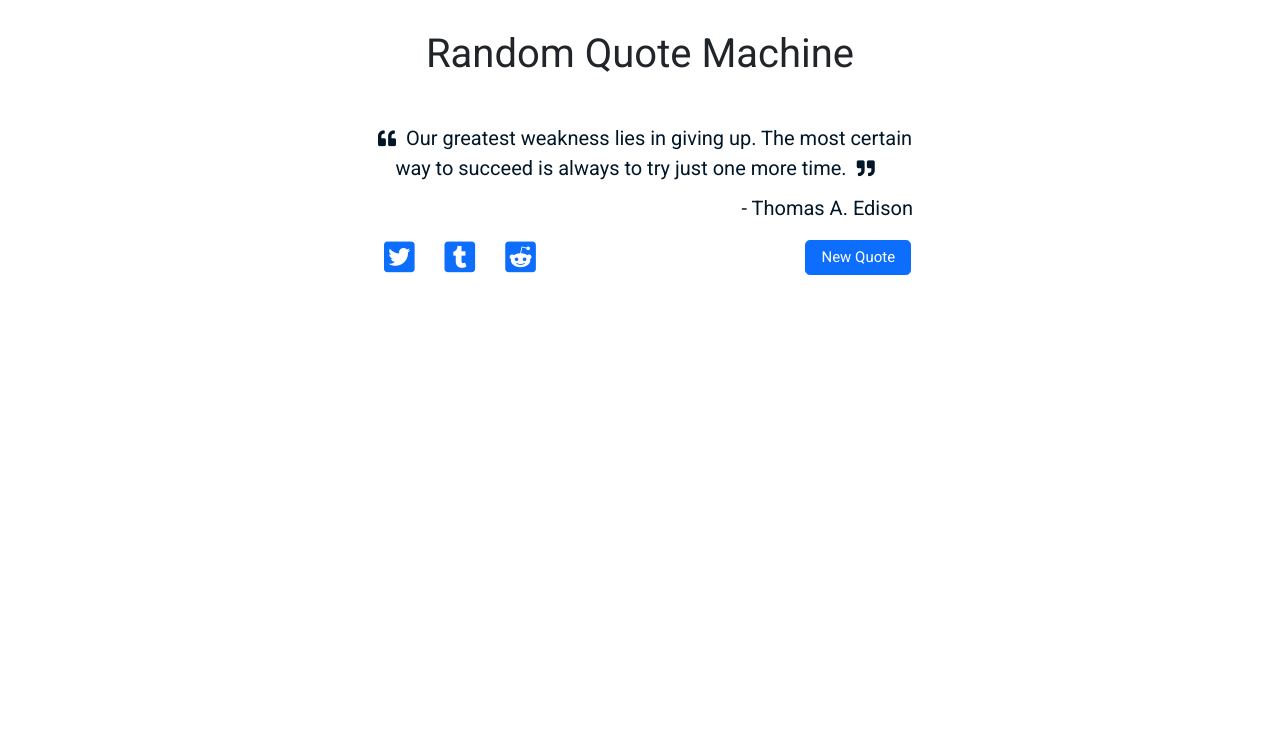
Repository: LuismGil/Random-quote-machine
Page: /
An editor plug-in stored every save of this project. The page is shown before and after a run of saves, followed by the edit.
The browser window is 1280 px wide. The pictures show the whole page.
The project was rebuilt for these pictures with package versions that can differ from the ones it lists, and the page was loaded fresh each time.

Above is the page before, as saved 2021-01-28 04:04:23.

### public/index.html
<!DOCTYPE html>
<html lang="en">
  <head>
    <meta charset="utf-8" />
    <link rel="icon" href="%PUBLIC_URL%/favicon.ico" />
    <meta name="viewport" content="width=device-width, initial-scale=1" />
    <meta name="theme-color" content="#000000" />
    <meta
      name="description"
      content="Web site created using create-react-app"
    />
    <link rel="apple-touch-icon" href="%PUBLIC_URL%/logo192.png" />
    <!--
      manifest.json provides metadata used when your web app is installed on a
      user's mobile device or desktop. See https://developers.google.com/web/fundamentals/web-app-manifest/
    -->
    <link rel="manifest" href="%PUBLIC_URL%/manifest.json" />
    <!--
      Notice the use of %PUBLIC_URL% in the tags above.
      It will be replaced with the URL of the `public` folder during the build.
      Only files inside the `public` folder can be referenced from the HTML.

      Unlike "/favicon.ico" or "favicon.ico", "%PUBLIC_URL%/favicon.ico" will
      work correctly both with client-side routing and a non-root public URL.
      Learn how to configure a non-root public URL by running `npm run build`.
    -->
    <link
      href="https://cdn.jsdelivr.net/npm/bootstrap@5.0.0-beta1/dist/css/bootstrap.min.css"
      rel="stylesheet"
      integrity="sha384-giJF6kkoqNQ00vy+HMDP7azOuL0xtbfIcaT9wjKHr8RbDVddVHyTfAAsrekwKmP1"
      crossorigin="anonymous"
    />
    <link
      rel="stylesheet"
      href="https://cdnjs.cloudflare.com/ajax/libs/font-awesome/5.15.2/css/all.min.css"
      integrity="sha512-HK5fgLBL+xu6dm/Ii3z4xhlSUyZgTT9tuc/hSrtw6uzJOvgRr2a9jyxxT1ely+B+xFAmJKVSTbpM/CuL7qxO8w=="
      crossorigin="anonymous"
    />
    <title>Random Quote Machine</title>
  </head>
  <body>
    <noscript>You need to enable JavaScript to run this app.</noscript>
    <div id="root"></div>
    <!--
      This HTML file is a template.
      If you open it directly in the browser, you will see an empty page.

      You can add webfonts, meta tags, or analytics to this file.
      The build step will place the bundled scripts into the <body> tag.

      To begin the development, run `npm start` or `yarn start`.
      To create a production bundle, use `npm run build` or `yarn build`.
    -->
  </body>
</html>

### src/index.js
import React from 'react';
import ReactDOM from 'react-dom';
import './index.css';
//import App from './App';

const quotes = [
  {
    quote:
      'Our greatest weakness lies in giving up. The most certain way to succeed is always to try just one more time.',
    author: '- Thomas A. Edison',
  },
  {
    quote: 'You must expect great things of yourself before you can do them.',
    author: '- Michael Jordan',
  },
  {
    quote:
      'Obstacles are necessary for success because in selling, as in all careers of importance, victory comes only after many struggles and countless defeats.',
    author: '- Og Mandino',
  },
  {
    quote:
      'It is during our darkest moments that we must focus to see the light.',
    author: '- Aristotle Onassis',
  },
  {
    quote:
      'We can easily forgive a child who is afraid of the dark; the real tragedy of life is when men are afraid of the light.',
    author: '- Plato',
  },
  {
    quote: 'The only thing we have to fear is fear itself.',
    author: '- Franklin D. Roosevelt',
  },
  {
    quote:
      'Only put off until tomorrow what you are willing to die having left undone.',
    author: '- Pablo Picasso',
  },
  {
    quote:
      'The greater danger for most of us isn’t that our aim is too high and miss it, but that it is too low and we reach it.',
    author: '- Michelangelo',
  },
  {
    quote: 'A goal properly set is halfway reached.',
    author: '- Zig Ziglar',
  },
  {
    quote:
      'Our goals can only be reached through a vehicle of a plan, in which we must fervently believe, and upon which we must vigorously act. There is no other route to success.',
    author: '- Pablo Picasso',
  },
];

const colors = [
  '#011627',
  '#f3C677',
  '#2EC4B6',
  '#E71D36',
  '#5C80BC',
  '#CF1259',
  '#8B1E3F',
  '#DB4C4O',
  '#DDDBF1',
];

class QuoteBox extends React.Component {
  constructor(props) {
    super(props);
    this.state = {
      quote: quotes[0].quote,
      author: quotes[0].author,
      color: colors[0],
    };
    this.handleClick = this.handleClick.bind(this);
  }

  handleClick = () => {
    let randomQuote = Math.floor(Math.random() * quotes.length);
    let newQuote = quotes[randomQuote];
    let randomColor = Math.floor(Math.random() * colors.length);
    let newColor = colors[randomColor];

    console.log('click aqui funciona?');
    this.setState({
      quote: newQuote.quote,
      author: newQuote.author,
      color: newColor,
    });
  };

  render() {
    return (
      <div id="quote-box">
        <h1>Random Quote Machine</h1>
        <div className="quote-card">
          <NewQuote quote={this.state} />

          <div>
            <a id="tweet-quote" href="twitter.com/intent/tweet" target="_blank">
              <i className="fab fa-twitter-square icon" />
            </a>
            <a href="https://www.tumblr.com/" role="button">
              <i className="fab fa-tumblr-square icon" />
            </a>
            <a href="https://www.reddit.com/">
              <i className="fab fa-reddit-square icon" />
            </a>
            <button
              id="new-quote"
              type="submit"
              className="btn btn-primary btn-lg"
              onClick={this.handleClick}
            >
              New Quote
            </button>
          </div>
        </div>
      </div>
    );
  }
}

const NewQuote = props => {
  const { quote } = props;
  const { color, quote: quoteText, author } = quote;

  return (
    <div style={{ color: color }}>
      <p id="text">
        <i className="fas fa-quote-left quote-icon" />
        {quoteText}
        <i className="fas fa-quote-right quote-icon" />
      </p>
      <p id="author">{author} </p>
    </div>
  );
};

ReactDOM.render(<QuoteBox />, document.getElementById('root'));

### src/index.css
@import url('https://fonts.googleapis.com/css2?family=Roboto:ital@0;1&display=swap');

* {
  font-family: 'Roboto', sans-serif;
}

/* $black: #222222;
$white: #ffffff;
$bright-blue: #00d8ff; */

body {
  background-color: $bright-blue;
  height: 100vh;
  width: 100%;
}

h1 {
  color: #bright-blue;
  margin-top: 30px;

  text-align: center;
}

p {
  font-size: 20px;
  // font-weight: bold;
}

.quote-card {
  height: auto;
  display: flex;
  flex-direction: column;
  text-align: center;
  margin: 30px auto;
  box-sizing: border-box;
  width: 45%;
  border: solid $bright-blue 1px;
  border-radius: 4px;
  padding: 5px;
  background: $black;
  box-shadow: 0 8px 32px 0 $black;
  border-radius: 10px;
  border: 1px solid $black;
}

a {
  padding: 10px;
  margin: 5px;
}

i {
  font-size: 35px;
}

.icon-color {
  color: $bright-blue;
}

.quote-icon {
  font-size: 18px;
  margin: 0 10px;
}

#new-quote {
  color: $black;
  // font-weight: bold;
  padding: 0 15px;
  text-align: center;
  height: 35px;
  font-size: 15px;
  margin-bottom: 17px;
  margin-left: 45%;
  background-color: $bright-blue;
}

#text {
  margin: 10px;
}
#author {
  text-align: right;
  margin-right: 10px;
}

### src/styles/base/_settings.scss
// Colors

$black: #222222;
$white: #ffffff;
$bright-blue: #00d8ff;

### src/styles/base/_base.scss
* {
  font-family: Arial, Helvetica, sans-serif;
  margin: 0;
}

html,
body {
  background-color: $bright-blue;
  height: 100vh;
  width: 100%;
}

main {
  width: 100%;
}

Loaded but not shown: src/styles/styles.scss (common file)

After the next 2 saves:
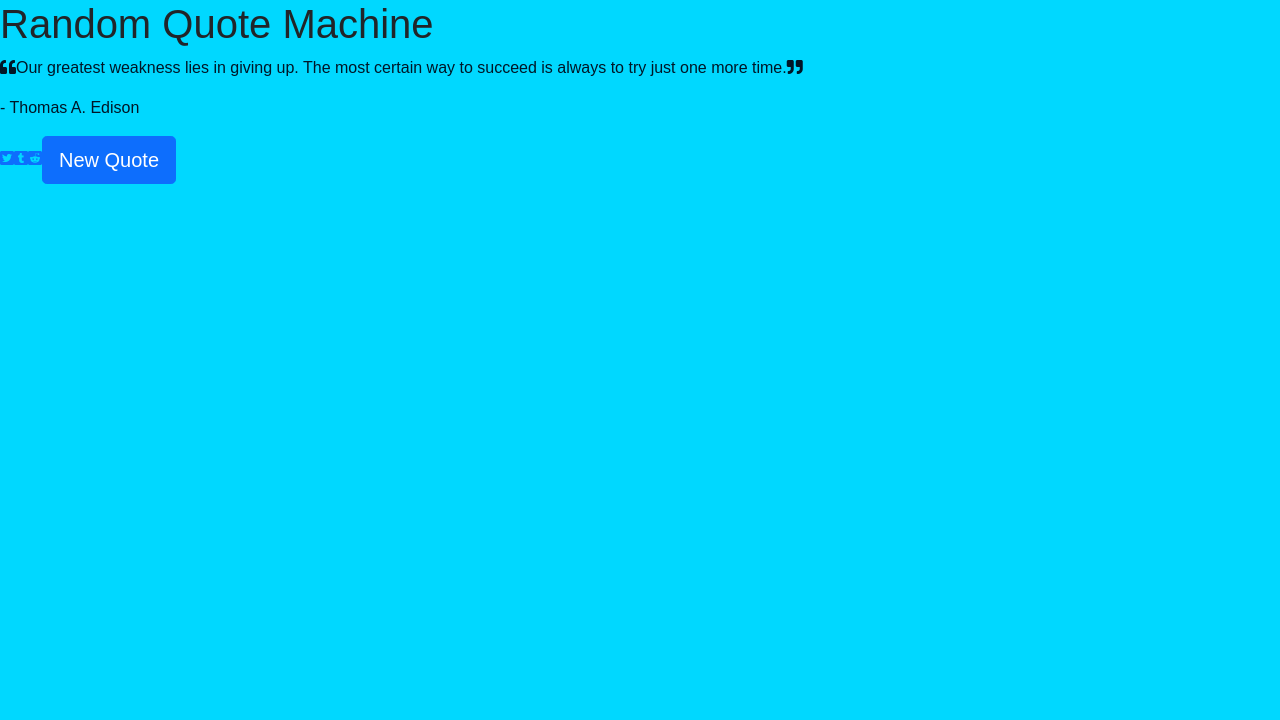
The 2 saves are shown as one change because 1 did not build or start.
The last was saved 5 min 40 s later.
--- a/src/index.js
+++ b/src/index.js
@@ -1,6 +1,6 @@
 import React from 'react';
 import ReactDOM from 'react-dom';
-import './index.css';
+import './styles/styles.scss';
 //import App from './App';
 
 const quotes = [
